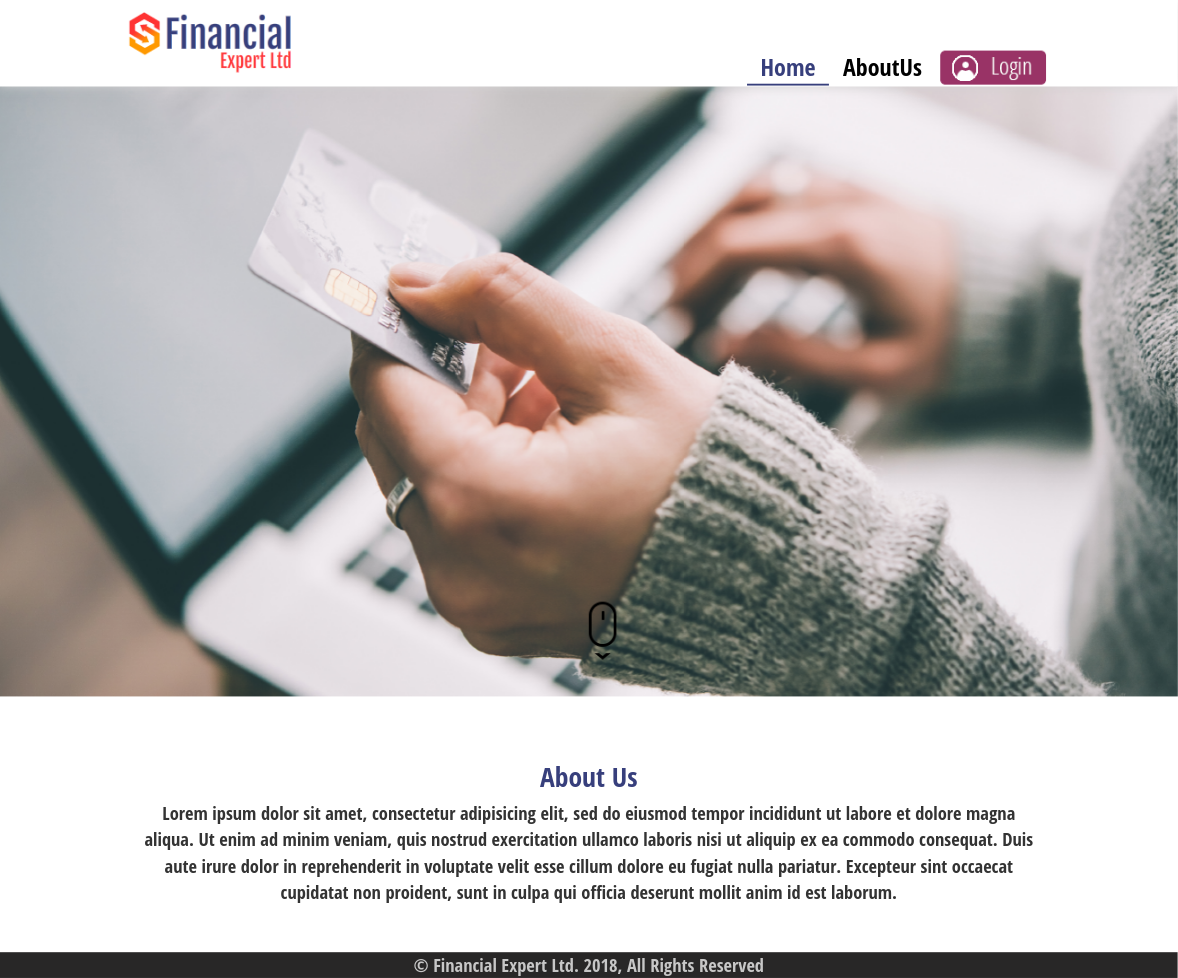
Repository: intkhabahmed/AcceleratedBootcampWebsites
Page: http://localhost/BenefitsCards/UI/index.jsp
The author's editor kept a copy of each file at every save. The page is drawn from the files as they stood at one save, then again after the next save.
The browser window is 1280 px wide. The pictures show the whole page, at 92% of full size.
Some web fonts or font styles are not loaded; a fallback is used. The page is served by Tomcat 9. Nobody is signed in. The application's start-up code is not run. Other server files are loaded and not shown.

Above is the page before, as saved 2018-01-29 09:58:29.

### BenefitsCards/WebContent/UI/index.jsp
<%@ page language="java" contentType="text/html; charset=ISO-8859-1"
	pageEncoding="ISO-8859-1"%>
<%@taglib uri="http://java.sun.com/jsp/jstl/core" prefix="c" %>
<!DOCTYPE html>
<html>
<head>
	<title>Home</title>
	<meta http-equiv="Content-Type" content="text/html; charset=ISO-8859-1">
	<meta name="viewport" content="width=device-width, initial-scale=1.0">
	<link rel="stylesheet" type="text/css" href="css/bootstrap.min.css">
	<link rel="stylesheet" type="text/css" href="css/font-awesome.min.css">
	<link rel="stylesheet" type="text/css" href="css/custom.css">
	<link href='https://fonts.googleapis.com/css?family=Open Sans Condensed:300' rel='stylesheet'>
</head>
<body id="home">

	<jsp:include page="header.jsp"></jsp:include>


	<!-- <div class="row"> -->
		<div id="carousel-example-generic" class="carousel slide" data-ride="carousel">
	  <!-- Indicators -->
			<img src="images/downarrow.png" alt="DownArrow" id="downarrow" />
			  <!-- Wrapper for slides -->
			  <div class="carousel-inner" role="listbox">
			    <div class="item active">
			      <img src="images/banner.png" alt="">
			    </div>
			  </div>

			  <!-- Controls -->
			  <!-- <a class="left carousel-control" href="#carousel-example-generic" role="button" data-slide="prev">
			    <span class="icon-prev"  id="left-control-button" aria-hidden="true"></span>
			    <span id="left-indicator"><img src="images/leftarrow.png" aria-hidden="true"></span>
			    <span class="sr-only">Previous</span>
			  </a>
			  <a class="right carousel-control" href="#carousel-example-generic" role="button" data-slide="next">
			    <span class="icon-next" id="right-control-button" aria-hidden="true"></span>
			    <span id="right-indicator"><img src="images/rightarrow.png" aria-hidden="true"></span>
			    <span class="sr-only">Next</span>
			  </a> -->
		</div><!--end carousel-->

	<!-- </div> -->
<div class="container">
	<hr>
	<div class="row">
		<div id="aboutus">
			<h2 align="center">About Us</h2>
			<p align="center">Lorem ipsum dolor sit amet, consectetur adipisicing elit, sed do eiusmod
			tempor incididunt ut labore et dolore magna aliqua. Ut enim ad minim veniam,
			quis nostrud exercitation ullamco laboris nisi ut aliquip ex ea commodo
			consequat. Duis aute irure dolor in reprehenderit in voluptate velit esse
			cillum dolore eu fugiat nulla pariatur. Excepteur sint occaecat cupidatat non
			proident, sunt in culpa qui officia deserunt mollit anim id est laborum.</p>
		</div><!--end aboutus-->
	</div>
	<hr>
</div><!--end container-->
<div id="footer">
	<footer>
		<p align="center">&copy; Financial Expert Ltd. 2018, All Rights Reserved</p>
	</footer>
</div>
<div class="overlay" title="click to close">
</div>
<div id="loginWindow">
		<h2 align="center">Login Form</h2>
		<form class="form-vertical" method="post" action="login.html" id="login_form">
			<div class="form-group">
				<input type="text" name="username" required="required" class="form-control" placeholder="Enter UserName" />
				<input type="password" name="password" required="required" class="form-control" placeholder="Enter Password" />

			</div>
			<div class="form-group">
				<a href="#" class="pull-left"><h4>Forgot Password?</h4></a>
				<input type="submit" name="login_btn" id="login_btn" value="Login" class="pull-right btn btn-default"/>
			</div>
		</form>
</div>
<div id="queryWindow">
		<h2 align="center">Query Form</h2>
		<form class="form-vertical" method="post" action="askQuery.html" id="query_form">
			<div class="form-group">
				<label class="form-label" for="receiver">Choose Company</label>
				<br><input type="radio" name="receiver" required="required"
					 value="BeneesFradia"/> BeneesFradia &nbsp;&nbsp;<input type="radio" name="receiver" value="Company2"/> Company2 <br>
			</div>
			<div class="form-group">
				<textarea rows="4" class="form-control" placeholder="Enter the query" name="query"></textarea>
				<input type="submit" name="querySubmit_btn" id="querySubmit_btn" value="Send" class="form-control btn btn-default" />
			</div>
		</form>
</div>

<script type="text/javascript" src="js/jquery-3.1.0.min.js"></script>
<script type="text/javascript" src="js/bootstrap.min.js"></script>
<script type="text/javascript" src="js/custom.js"></script>
<c:if test="${errorMessage ne null}">
<%-- 	<div class="alert alert-danger" role="alert" >"${errorMessage}"</div> --%>
	<script>
		alert("${errorMessage}");
		showLoginPage();
	</script>
</c:if>
<c:if test="${successMessage ne null}">
<%-- 	<div class="alert alert-success" role="alert">"${successMessage}"</div> --%>
	<script>
		alert("${successMessage}");
	</script>
</c:if>
</body>
</html>

### BenefitsCards/WebContent/UI/header.jsp
<%@ page language="java" contentType="text/html; charset=ISO-8859-1"
    pageEncoding="ISO-8859-1"%>
<%@taglib uri="http://java.sun.com/jsp/jstl/core" prefix="c" %>
<nav class="navbar navbar-custom navbar-custom-fitting">
	  <div class="container">
	    <!-- Brand and toggle get grouped for better mobile display -->
	    <div class="navbar-header">
	      <button type="button" class="navbar-toggle collapsed" data-toggle="collapse" data-target="#bs-example-navbar-collapse-1" aria-expanded="false">
	        <span class="sr-only">Toggle navigation</span>
	        <span class="icon-bar"></span>
	        <span class="icon-bar"></span>
	        <span class="icon-bar"></span>
	      </button>
	      <a class="navbar-brand" href="index.html"><img src="images/team1logo.png" height="70" alt="Team1"></a>
	    </div>

	    <!-- Collect the nav links, forms, and other content for toggling -->
	    <div class="collapse navbar-collapse" id="bs-example-navbar-collapse-1">
	      <ul class="nav navbar-nav navbar-right" id="main-nav">
	        <li class="active"><a href="#home">Home <span class="sr-only">(current)</span></a></li>
	        <li><a href="#aboutus">AboutUs</a></li>
	        <c:if test="${sessionScope.user.username eq null}">
	        <li id="login_button" onclick="showLoginPage()"><img src="images/loginbtn.png" class="img img-responsive"/></li>
	      	</c:if>
	      	<c:if test="${sessionScope.user.username ne null}">
	      	<li id="raiseQuery_btn"><a href="#">Support</a></li>
	        <li class="dropdown">
	          <a href="#" class="dropdown-toggle" data-toggle="dropdown" role="button" aria-haspopup="true" aria-expanded="false">${sessionScope.user.username } <span class="fa fa-angle-down"></span></a>
	          <ul class="dropdown-menu">
	            <li><a href="showProfile.html">View Profile</a></li>
	            <li><a href="logout.html">Logout</a></li>
	          </ul>
	        </li>
	        </c:if>
	      </ul>
	    </div><!-- /.navbar-collapse -->
	  </div><!-- /.container-fluid -->
	</nav>

### BenefitsCards/WebContent/css/custom.css
/****************************Common CSS**************************/

.padding-10x{
	padding: 10px;
}
.padding-5x{
	padding: 5px;
}
.padding-20x{
	padding: 20px;
}

.center{
	display: block;
	margin: 0 auto;
}
.no-margin {
	margin: 0;
}
.error {
	color: red;
}
.success {
	color: #5cb85c;
}
#errorBlock{
	position: absolute;
	top: 15%;
	width: 100%;
}
body {
	font-family: Open Sans Condensed !important;
	font-size: 20px !important;
}
.dropdown-menu {
	font-size: 18px;
    background-color: #000;
    opacity: 0.7;
    border: 1px solid #ccc;
    border: 1px solid rgba(0,0,0,.15);
    border-radius: 0px;
    top: 110%;
}
.dropdown-menu li a{
	color: #ffffff;
}
.dropdown-menu li a:hover {
	color: #8080ff;
	background: #000000;
	opacity: 1;
}
.dropdown> a{
	max-height: 36px;
}

input, button, .form-control, .btn {
	border-radius: 0px !important;
}

input[type=submit]:hover, .btn:hover {
	color: #333333;
}
p {
    margin: 0 10px;
}
/***********************Index Page*********************************/
hr {
	border-top: none;
}
#home {
	padding-top: 94px;
}
#formContainer {
	border-radius: 15px;
	padding: 10px;
	z-index: 1;
}

#login_btn_cover {
	padding: 3px;
}

#homeBannerImage{
	min-height: 370px;
	z-index: 1;
}

@media screen and (min-width: 991px){
	.navbar-custom-fitting {
		width: 100%;
	}
	.container {
		max-width: 1024px;
	}

	.navbar-brand {
		padding: 10px !important;
	}
	#main-nav {
		margin-top: 39px;
		height: 53px;
		padding-top: 15px;
	}
	nav> .container {
		height: auto;
	}

	.carousel {
		width: 100%;

	}
	.carousel-inner>.item>img {
		width: 100%;
	}
	#loginWindow {
		width: 30vw;
		left: 35vw;
	}
	#uploadWindow {
		width: 40vw;
		left: 30vw;
	}
	#queryWindow {
		width: 30vw;
		left: 35vw;
	}
}

@media screen and (min-width: 768px) and (max-width: 990px){
	#main-nav {
		height: 40px;
		padding-top: 23px;
		margin-top: 30px;
	}

	.navbar-custom-fitting {
		width: 100%;
	}
	.navbar-brand {
		padding: 10px !important;
    	height: auto;
	}
	#login_button {
		margin-bottom: 2px;
	}
	nav> .container {
		height: 92px;
	}
	.carousel {
		width: 100%;
		height: 60vh;
	}
	.carousel-inner>.item>img {
		width: 100%;
		height: 60vh;
	}
	.container {
		max-width: 100%;
		width: 100%;
	}
	#loginWindow {
		width: 40vw;
		left: 35vw;
	}
	#uploadWindow {
		left: 30vw;
		width: 40vw;
	}
	#queryWindow {
		width: 40vw;
		left: 35vw;
	}
}

@media screen and (max-width: 767px){
	nav> .container {
		padding: 2px;
		width: 100%;
		height: auto;
	}

	.navbar-custom-fitting {
		width: 100%;
	}
	.navbar-brand {
		padding: 0px 25px !important;
	}
	.navbar-header {
		height: 90px;
	}
	#main-nav {
		margin-top: 39px;
		background-color: #ffffff;
   	 	padding: 15px;

	}
	#login_button {
		margin: 5px 15px;
	}
	.carousel {
		width: 100%;
		height: 50vh;
		margin: 0 auto;
	}
	.carousel-inner>.item>img {
		width: 100%;
		height: 50vh;
	}
	.container {
		max-width: 100%;
		width: 100%;
	}
	#loginWindow, #uploadWindow, #queryQindow {
		width: 100%;
	}
	#shortcut_links .col-sm-4 img {
		display: block;
		margin: 0 auto;
		width: 100%;
	}
	.navbar-toggle {
		margin-top: 30px;
    	margin-right: 45px;
	}
}
.navbar-nav {
	font-size: 26px !important;
}
#login_button {
	cursor: pointer;
	margin-left: 5px;
}
.navbar-nav> .active a {
	border-bottom: 2px solid #373f7c ;
	color: #373f7c !important;
	background-color: transparent !important;
}

.navbar {
	border-radius: 0px;
}

.navbar-custom {
	background: #FFFFFF;
}

.navbar-nav a {
	transition: all 0.5s ease-in-out;
}

.contact-form-fields input {
	margin: 3px 0;
}

.navbar-nav a{
	color: #000000;
}

.navbar-custom-fitting {
	position: fixed;
	top: 0;
	z-index: 1030;
	box-shadow: -1px 1px 11px 0px #d2d2d2;
}

.navbar-nav>li>a {
	padding: 8px 15px !important;
}

/***********************UserProfile Page*********************************/
.navbar-toggle>.icon-bar {
	background-color: #000000;
}
.navbar-toggle {
	border-color: #000000;
}
.navbar-toggle:hover {
	border-color: #333333;
	background-color: #eeeeee;
}

/***********************Footer******************************************/
#footer {
	background: #282727;
	color: #c7c7c7;
	width: 100%;
}

#footerSpace{
	margin-top: 65px;
}

/***********************Error Page*********************************/
#errorBlock{
	position: absolute;
	top: 15%;
	width: 100%;
}

/***********************Login Modal View*********************************/
.overlay {
	position: fixed;
	top: 0;
	left: 0;
	width: 100%;
	opacity: 0.7;
	min-height: 100%;
	display: none;
	background-color: #000000;
	z-index: 1031;
	cursor: pointer;
}
#loginWindow, #uploadWindow, #queryWindow {
	position: fixed;
	top: 25vh;
	z-index: 1032;
	opacity: 1;
	display: none;
	color: #ffffff;
	background-color: #373f7c;
	padding: 10px;
}
#loginWindow a {
	color: #eeeeee;
}

#login_form input, #upload_form input, #query_form input{
	margin: 10px 0;

}

textarea {
    resize: none;
}

#left-control-button, #right-control-button {
	padding-bottom: 5px;
	background-color: #ffffff;
	color: #000000;
}

#aboutus {
	padding: 10px;

}
#aboutus h2 {
	color: #373f7c;
}
.carousel-control {
	top: 50%;
}
.carousel-control.left, .carousel-control.right {
	background-image: none;
}

#downarrow {
	position: absolute;
	bottom: 40px;
	left: 50%;
	z-index: 1;
}


#profile_logo_container {
	box-shadow: 0px 1px 11px 0px #d2d2d2;
	padding: 5px;
	width: 100%;
}
#login_btn, #querySubmit_btn {
	background: #ffffff;
}
#login_btn:hover, #querySubmit_btn:hover {
	color: #373f7c;
}
input[type=submit], .btn {
	font-size: 26px;
	padding-top: 0px;
	border: 0px;
	background: #373f7c;
}
input[type=submit]:active, .btn:active {
	background: #373f7c !important;
}
input[type=submit]:hover, .btn:hover {
	background: #373f7c;
	color: #eeeeee;
}

### BenefitsCards/WebContent/js/custom.js
$(function(){
	$("nav a").click(function(){
		$('html, body').animate({
        scrollTop: $(this.hash).offset().top
    }, 1500);
    return false;
	});

	$("nav a").click(function(){
		$("nav li").removeClass("active");
		$(this).parent().addClass("active");
	});


	$(".overlay").on('click', function(){
		$(this).fadeOut();
		$("#loginWindow").fadeOut();
		$("#uploadWindow").fadeOut();
		$("#queryWindow").fadeOut();
	});

	$("#uploadForm, #uploadForm_shortcut").on('click', function(){
		$(".overlay").fadeIn();
		$("#uploadWindow").fadeIn();
		return false;
	});

	$("#raiseQuery_btn").on('click', function(){
		$(".overlay").fadeIn();
		$("#queryWindow").fadeIn();
	});

	$(".carousel-control.left").mouseenter(function(){
		$("#left-indicator img").attr("src", "images/leftarrow_ro.png");
	});
	$(".carousel-control.right").mouseenter(function(){
		$("#right-indicator img").attr("src", "images/rightarrow_ro.png");
	});

	$(".carousel-control.left").mouseleave(function(){
		$("#left-indicator img").attr("src", "images/leftarrow.png");
	});
	$(".carousel-control.right").mouseleave(function(){
		$("#right-indicator img").attr("src", "images/rightarrow.png");
	});

	$("#proposalSubmit_btn").bind('click', function(){
		var input = document.getElementById("fileInput");
		if(input.files[0].size >= 10485760){
			alert("File size should be less than 10MB");
			return false;
		}else{
			$("#upload_form").attr("action", "uploadFile.html");
			return true;
		}
	});

	$("#login_button img").mouseenter(function(){
		$(this).attr("src", "images/loginbtn_over.png");
	});
	$("#login_button img").mouseleave(function(){
		$(this).attr("src", "images/loginbtn.png");
	});

});
function showLoginPage(){
	$(".overlay").fadeIn();
	$("#loginWindow").fadeIn();
}
function showAlert(value){
	alert(value.text());
}

Loaded but not shown: BenefitsCards/WebContent/css/bootstrap.min.css (library); BenefitsCards/WebContent/css/font-awesome.min.css (library); BenefitsCards/WebContent/js/jquery-3.1.0.min.js (library); BenefitsCards/WebContent/js/bootstrap.min.js (library)

After the next save:
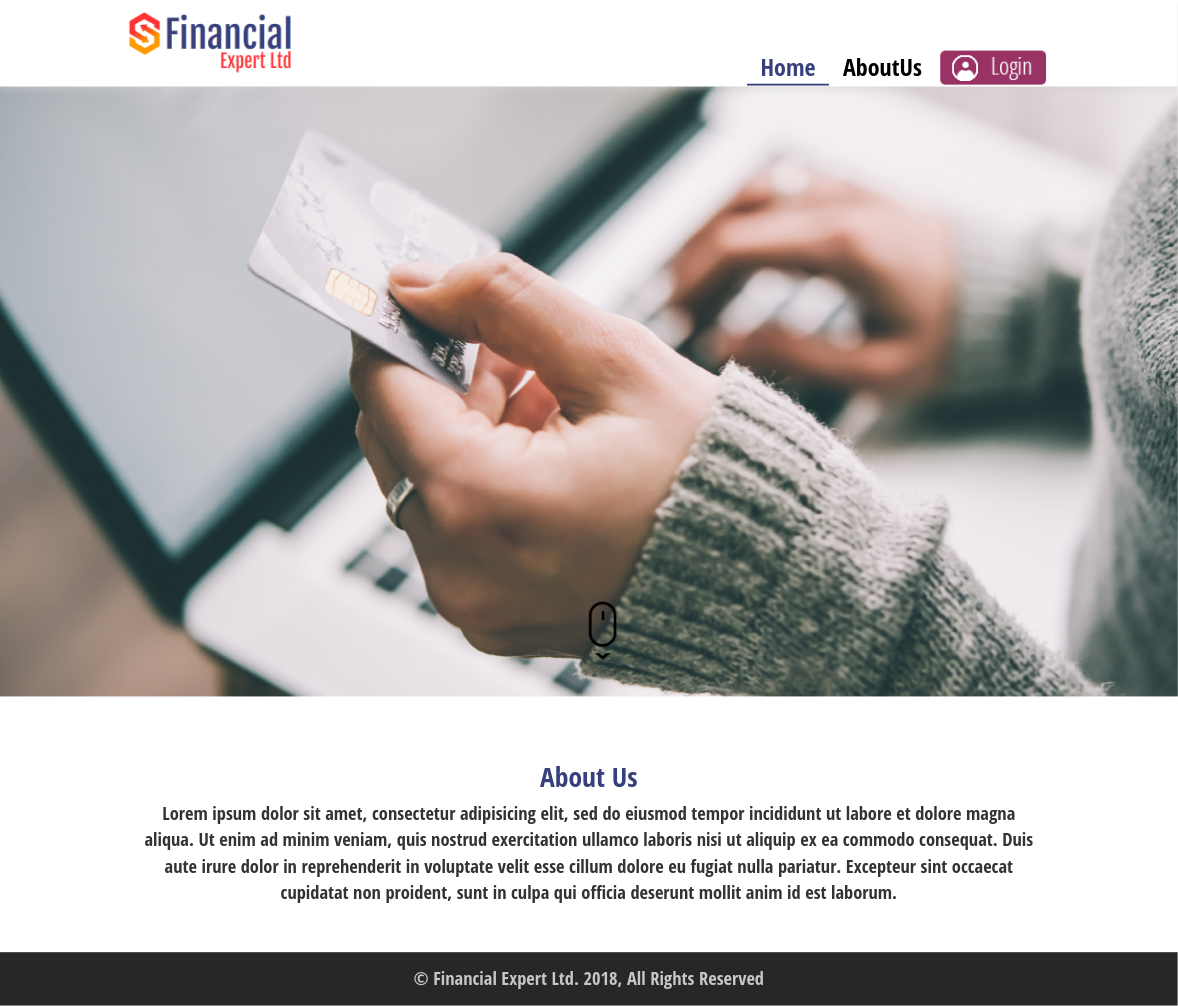
Saved 20 s later.
--- a/BenefitsCards/WebContent/css/custom.css
+++ b/BenefitsCards/WebContent/css/custom.css
@@ -284,6 +284,7 @@ hr {
 	background: #282727;
 	color: #c7c7c7;
 	width: 100%;
+	padding: 15px;
 }
 
 #footerSpace{
